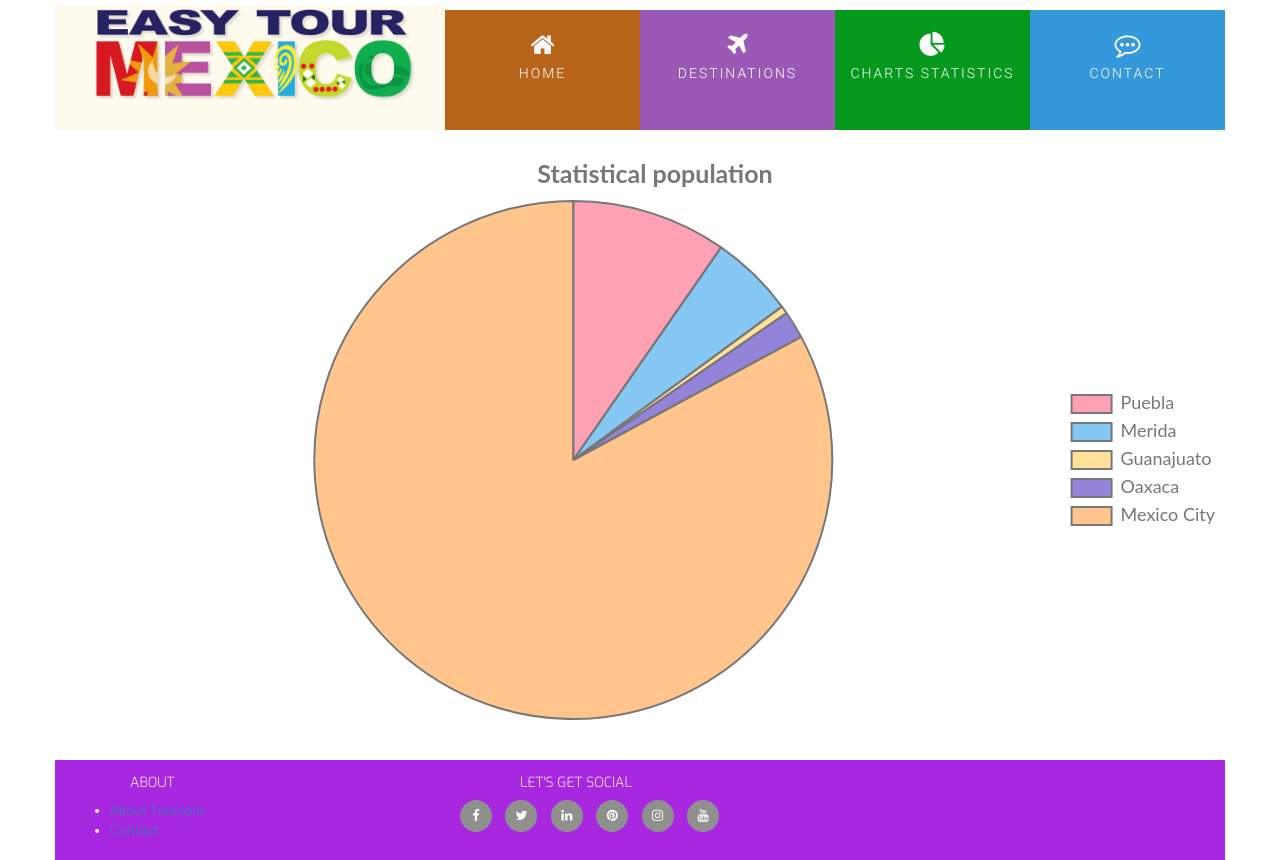
Repository: navegantemx/holiday-destination
Page: charts.html
The author's editor kept a record of every edit. The page is drawn from the files as they stood at one moment, then again after the next edit.
The browser window is 1280 px wide. The pictures show the whole page.
The pointer rests on the first visible `a i`.
Some web libraries are served in a nearby version.

Above is the page before.

After the next edit:
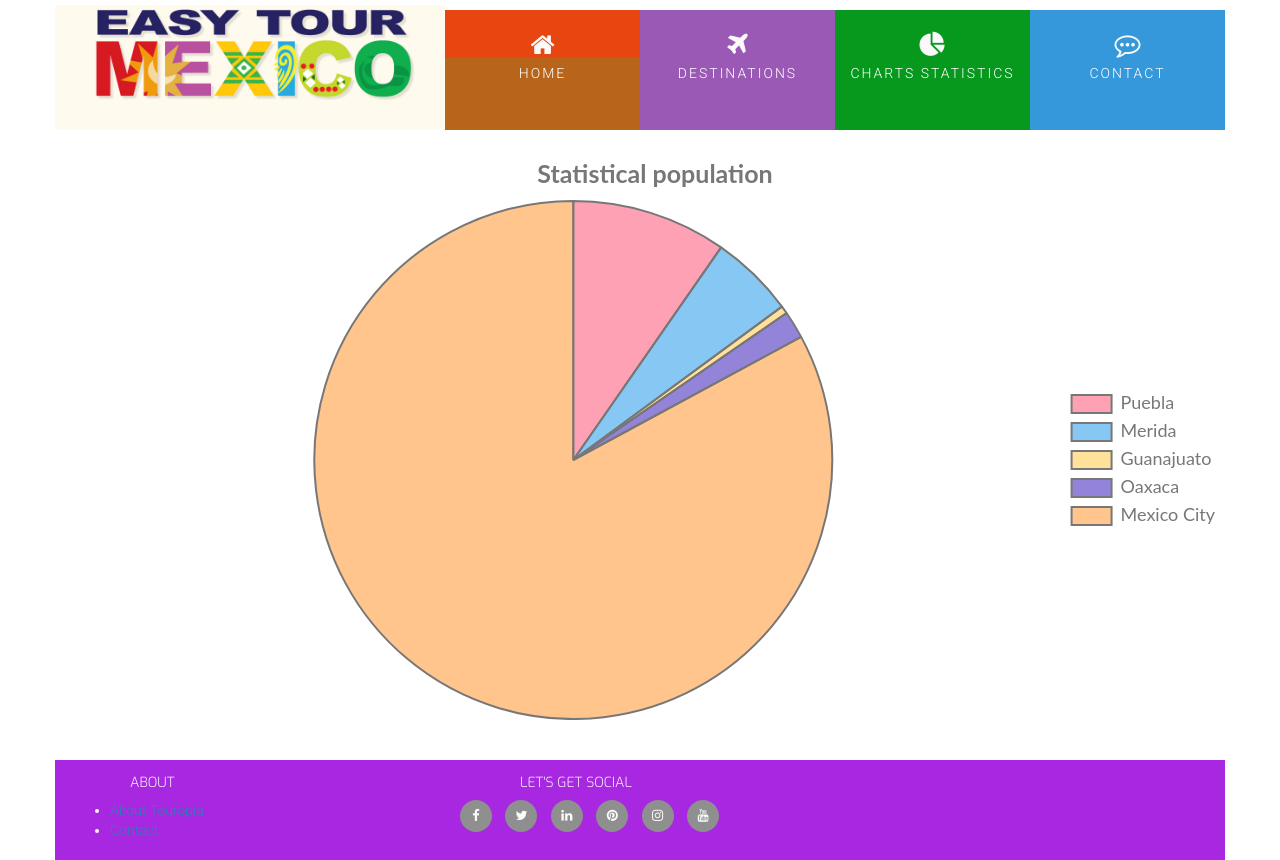
The edit:
--- a/assets/css/style.css
+++ b/assets/css/style.css
@@ -36,6 +36,7 @@
 a i:hover{
     color: #000000;
     text-decoration: none;
+    background: #e84610;
 }
 
 

After the 3 edits that followed:
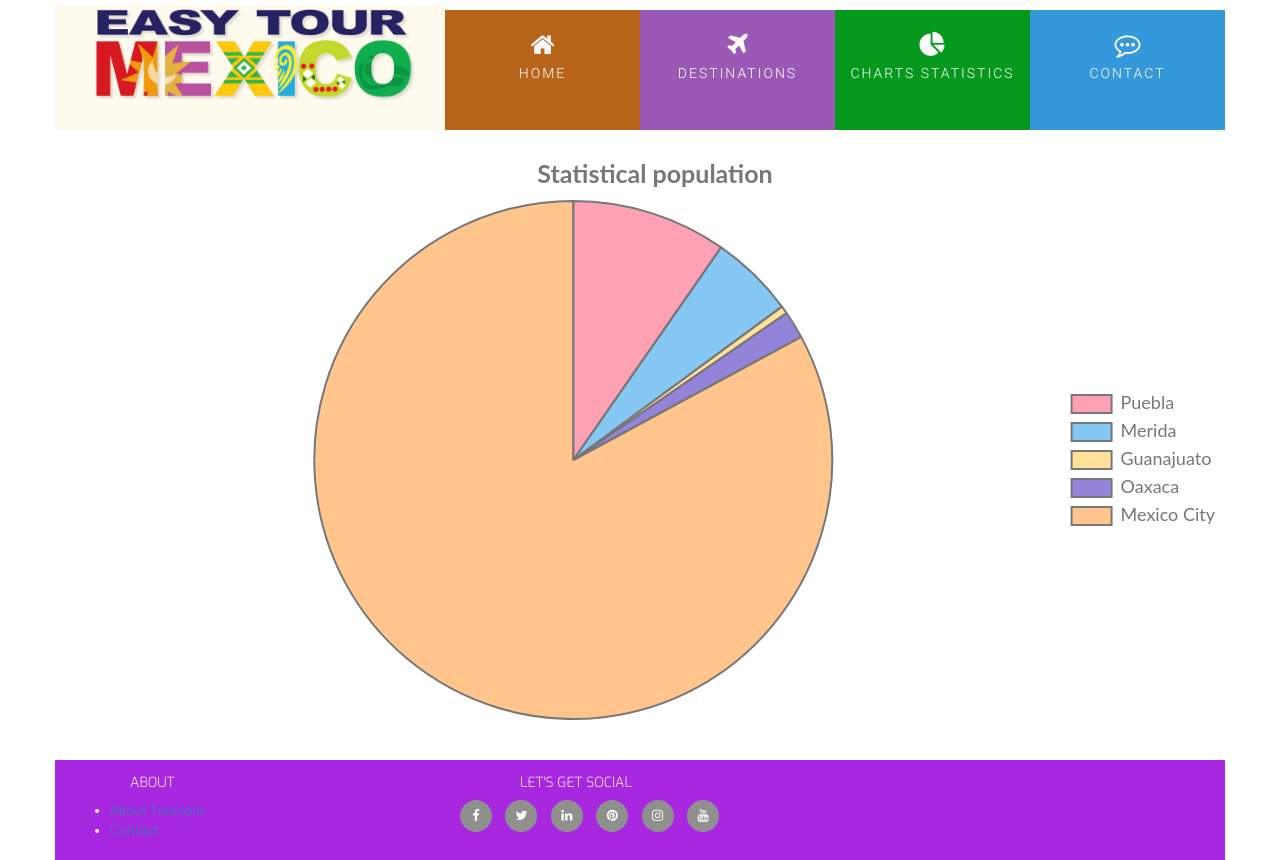
The 3 edits are shown as one change because 2 left the picture as it was.
The edit:
--- a/assets/css/style.css
+++ b/assets/css/style.css
@@ -32,13 +32,6 @@
     background-color: #FFFFFF;
     color: #555555;
 }
-
-a i:hover{
-    color: #000000;
-    text-decoration: none;
-    background: #e84610;
-}
-
 
 /*--------------------------------------------Special Paddings/Margins/Text*/
 
@@ -177,21 +170,6 @@
     margin: 0;
 }
 
-footer .cv-pdf i {
-    color: #fafafa;
-    text-align: center;
-    font-size: 18px;
-    padding-left: 5px;
-}
-
-footer .cv-pdf i:hover {
-    color: #e84610;
-    transition: all 0.35s ease-in-out;
-    -moz-transition: all 0.35s ease-in-out;
-    -webkit-transition: all 0.35s ease-in-out;
-    -o-transition: all 0.35s ease-in-out;
-}
-
 .social-links {
     padding-bottom: 15px;
 }
